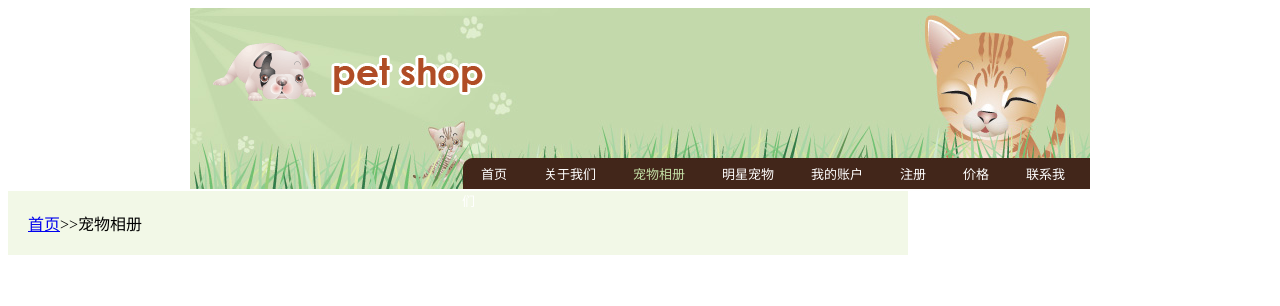
Repository: kxl666/kxl-Html
Page: 04.第四节任务(宠物相册)/index.html
These files come from the project's save history. The page is drawn as it stood at one moment and after the next save; the edit follows.
The browser window is 1280 px wide. The pictures show the whole page.

Above is the page before, as saved 2021-09-07 20:06:18.

After the next save:
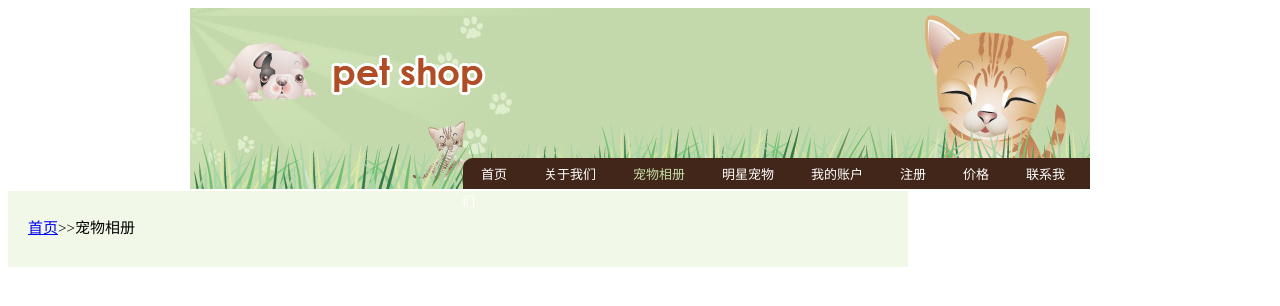
Saved 15 s later.
--- a/04.第四节任务(宠物相册)/style.css
+++ b/04.第四节任务(宠物相册)/style.css
@@ -50,6 +50,7 @@
     overflow: hidden;
 }
 
-/* .crumb_nav {
+.crumb_nav {
     padding: 5px 0 10px 0px ;
-} */
+    font-size: 15px;
+}
